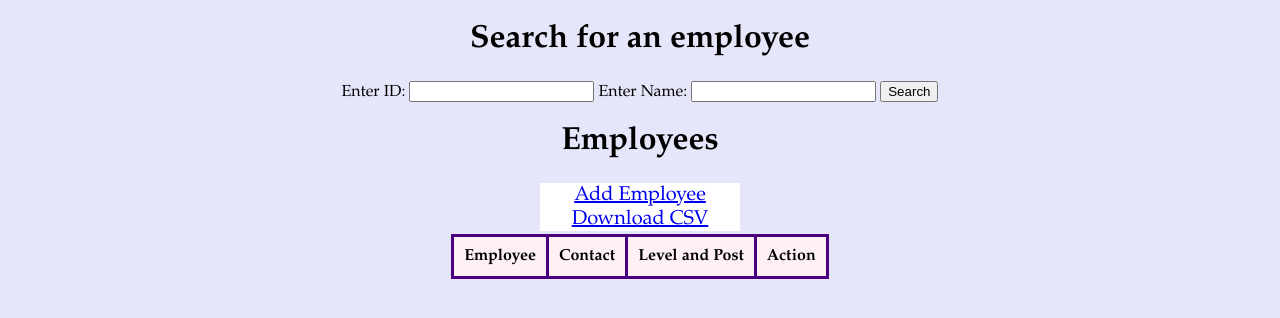
Repository: P9-Analyst-Java/employee-management-abhishekdatta12
Page: http://localhost/spring-expense-tracker/WEB-INF/views/home.jsp
These files come from the project's save history. The page is drawn as it stood at one moment and after the next save; the edit follows.
The browser window is 1280 px wide. The pictures show the whole page.
The page is served by Tomcat 10. Nobody is signed in. The template is opened directly, without the code that normally fills it, so the values that code supplies are empty.

Above is the page before, as saved 2023-02-22 08:50:48.

After the next save:
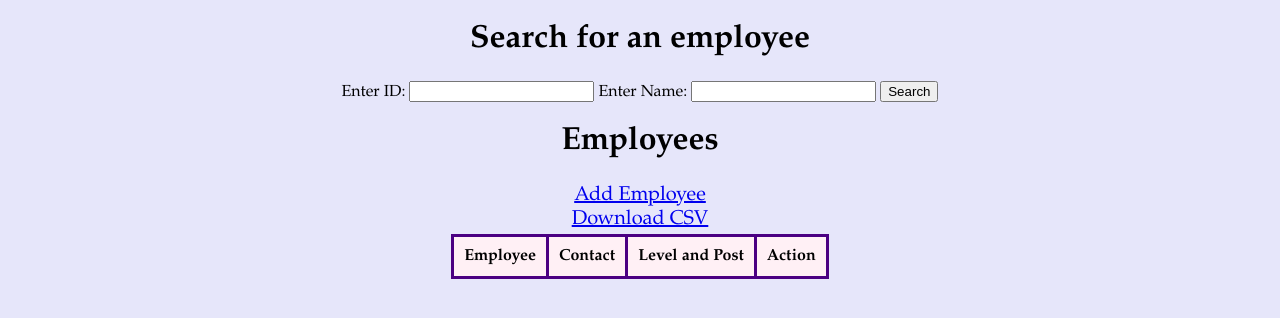
Saved 6 min 4 s later.
--- a/spring-portal/spring-expense-tracker/src/main/webapp/WEB-INF/views/home.jsp
+++ b/spring-portal/spring-expense-tracker/src/main/webapp/WEB-INF/views/home.jsp
@@ -14,7 +14,6 @@ body{
 	background-color: lavender;
 }
 div{
-	background-color: white;
 	margin-left: auto;
   	margin-right: auto;
   	width: 200px;
